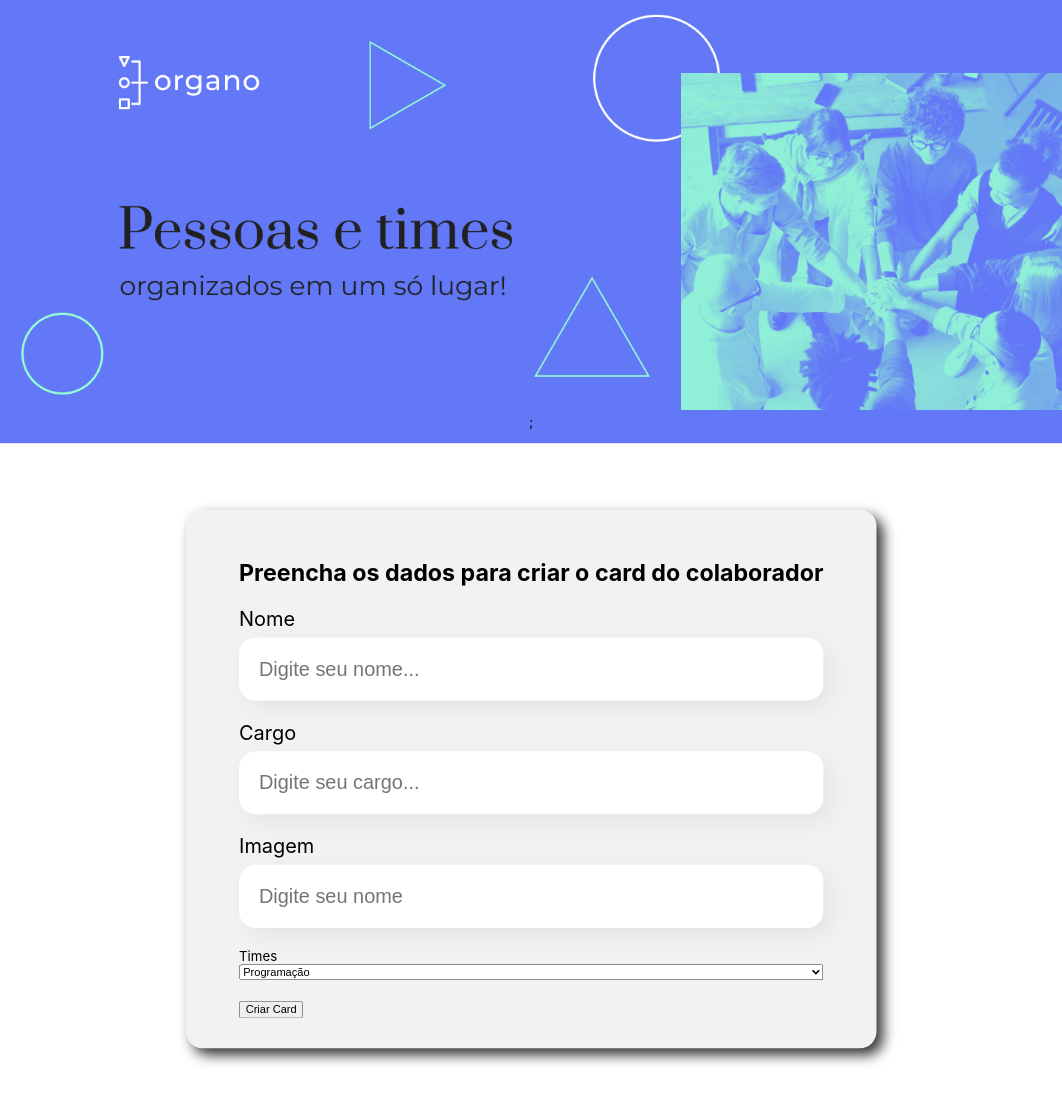
Repository: guilhermecardoso93/organo
Page: /
An editor plug-in stored every save of this project. The page is shown before and after the next save, followed by the edit.
The browser window is 1280 px wide. The pictures show the whole page, at 83% of full size.
The project was rebuilt for these pictures with package versions that can differ from the ones it lists, and the page was loaded fresh each time.

Above is the page before, as saved 2024-05-26 12:35:46.

### src/App.js
import { Banner } from "./components/Banner";
import { Form } from "./components/Form";

export default function App() {
  return (
    <div>
      <Banner />
      <Form />
    </div>
  );
}

### src/components/Banner/index.js
import BannerBackground from "../../assets/imagens/banner.png";
import "./styles.css";

export function Banner() {
  return (
    <header className="background-banner">
      <img src={BannerBackground} alt="Banner Principal da Página da Orgona" />;
    </header>
  );
}

### src/components/Form/index.js
import { Input } from "../Input";
import { ListDropDown } from "../ListDropDown";
import "./styles.css";

export function Form() {
  const times = [
    "Programação",
    "Front-End",
    "Data Science",
    "Devops",
    "UX e Design",
    "Mobile",
    " Inovação e Gestão",
  ];
  return (
    <section className="form">
      <form>
        <h2>Preencha os dados para criar o card do colaborador</h2>
        <Input label="Nome" placeholder="Digite seu nome..." />
        <Input label="Cargo" placeholder="Digite seu cargo..." />
        <Input label="Imagem" placeholder="Digite seu nome" />
        <ListDropDown itens={times} label="Times" />
        <button>Criar Card</button>
      </form>
    </section>
  );
}

### src/components/Banner/styles.css
.background-banner {
  background-color: #6278f7;
  text-align: center;
  padding-bottom: 1rem;
}

.background-banner img {
  max-width: 100%;
}

### src/components/Input/index.js
import "./styles.css";

export function Input({label, placeholder}) {
  return (
    <div className="campo-texto">
      <label>{label}</label>
      <input placeholder={placeholder}/>
    </div>
  );
}

### src/components/ListDropDown/index.js
import "./styles.css";

export function ListDropDown({ label, itens }) {
  return (
    <div className='list-dropdown'>
      <label>{label}</label>
      <select>
        {itens.map((item, index) => {
          return <option key={index}>{item}</option>;
        })}
      </select>
    </div>
  );
}

### src/components/Form/styles.css
.form {
  display: flex;
  justify-content: center;
  margin: 80px 0;
}

.form form {
  max-width: 80%;
  background-color: #f2f2f2;
  border-radius: 20px;
  padding: 36px 64px;
  box-shadow: 8px 8px 16px rgba(0,0,0, 0.8);
}

h2 {
  font-size: 1.75rem;
}

### src/components/Input/styles.css
.campo-texto {
  display: flex;
  flex-direction: column;
  margin: 24px 0;
}

.campo-texto label {
  display: block;
  margin-bottom: 8px;
  font-size: 24px;
  font-weight: semi-bold;
}

.campo-texto input {
  background-color: #fff;
  box-shadow: 10px 10px 30px rgba(0, 0, 0, 0.06);
  width: 100%;
  border: none;
  font-size: 24px;
  padding: 24px;
  box-sizing: border-box;
  border-radius: 20px;
}

### src/components/ListDropDown/styles.css
.list-dropdown {

  display: flex;
  flex-direction: column;
  margin: 24px 0;
}

.campo-texto label {
  display: block;
  margin-bottom: 8px;
  font-size: 24px;
  font-weight: semi-bold;
}

.campo-texto input {
  background-color: #fff;
  box-shadow: 10px 10px 30px rgba(0, 0, 0, 0.06);
  width: 100%;
  border: none;
  font-size: 24px;
  padding: 24px;
  box-sizing: border-box;
  border-radius: 20px;
}

Loaded but not shown: public/index.html (common file); src/index.js (common file); src/index.css (common file)

After the next save:
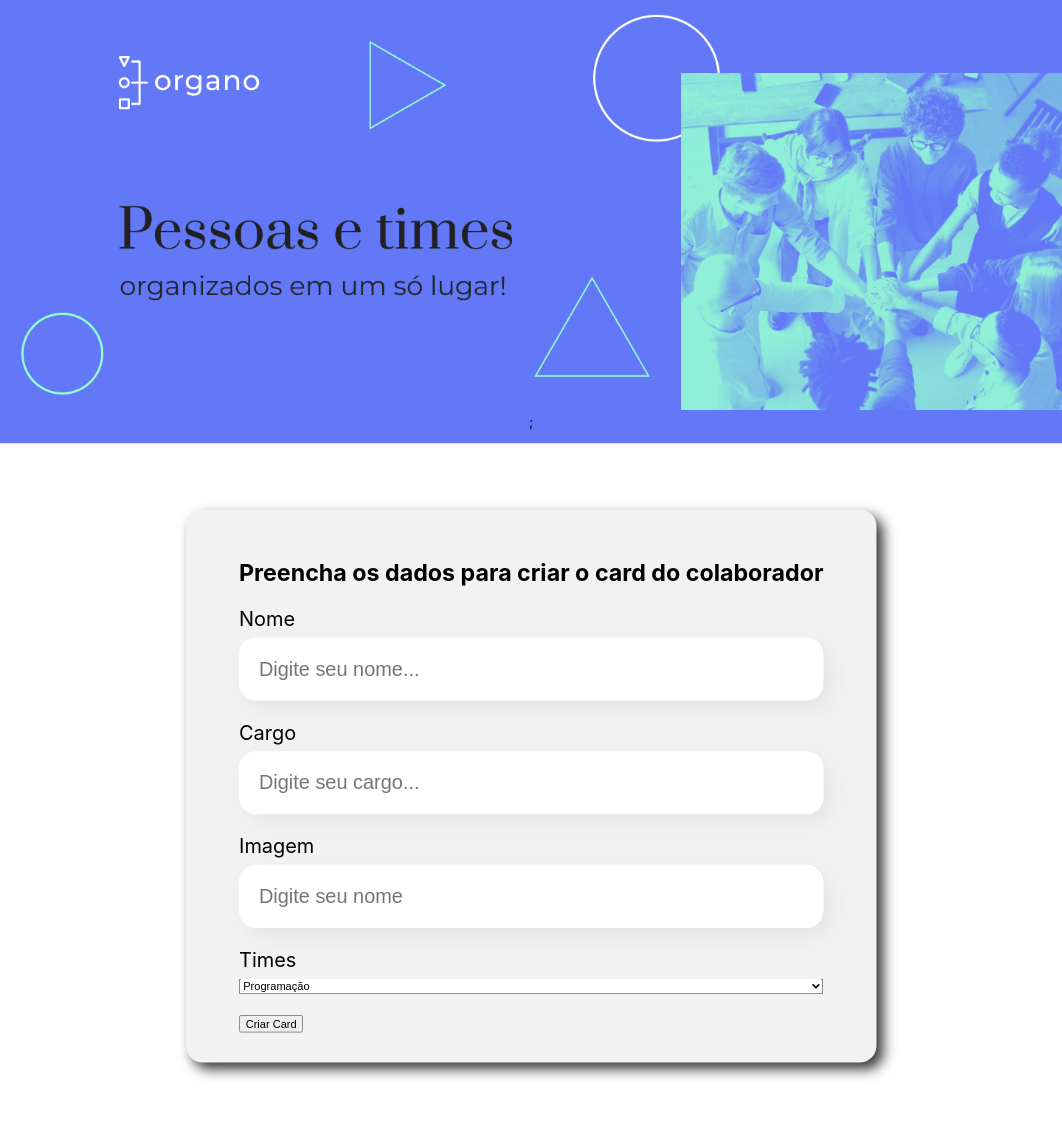
Saved 10 s later.
--- a/src/components/ListDropDown/styles.css
+++ b/src/components/ListDropDown/styles.css
@@ -1,11 +1,10 @@
 .list-dropdown {
-
   display: flex;
   flex-direction: column;
   margin: 24px 0;
 }
 
-.campo-texto label {
+.list-dropdown label {
   display: block;
   margin-bottom: 8px;
   font-size: 24px;
